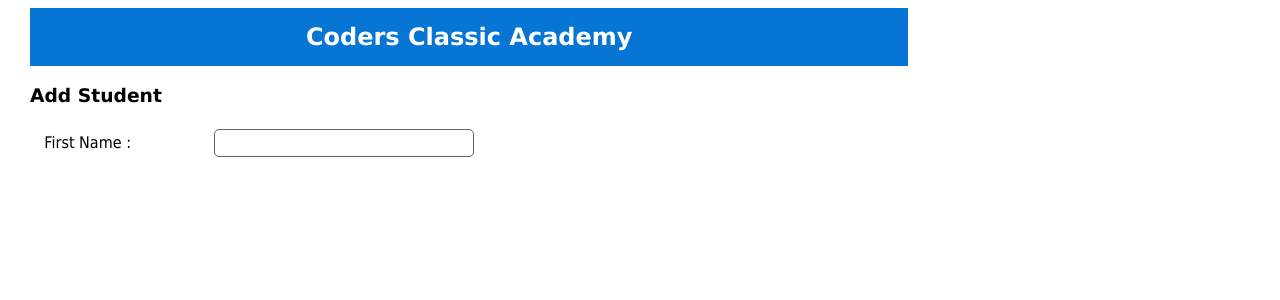
Repository: mangeshgayakwad2020/jsp_servlet
Page: http://localhost/StudentCrudDemo/add-student-form.jsp
These files come from the project's save history. The page is drawn as it stood at one moment and after the next save; the edit follows.
The browser window is 1280 px wide. The pictures show the whole page.
The page is served by Tomcat 9. Other server files are loaded and not shown.

Above is the page before, as saved 2019-08-22 14:11:38.

### StudentCrudDemo/WebContent/add-student-form.jsp
<!DOCTYPE html>
<html>

<head>
	<title>Add Student</title>

	<link type="text/css" rel="stylesheet" href="css/style.css" >
	<link type="text/css" rel="stylesheet" href="css/add-student-style.css" >
</head>

<body>

	<div id="wrapper">
		<div id="header">
			<h2 align="center">Coders Classic Academy</h2>
		</div>
	</div>

	<div id="container">
		<h3>Add Student</h3>

		<form action="StudentControllerServlet" method="get">
			<input type="hidden" name="command" value="ADD" />

			<table>
				<tbody>
					<tr>
						<td><label>First Name : </label></td>
						<td><input type="text" name="firstName" /></td>
					</tr>
				</tbody>
			</table>
		</form>
	</div>
</body>

</html>

### StudentCrudDemo/WebContent/css/style.css
html, body{
	margin-left:15px; margin-right:15px;
	padding:0px;
	font-family:Verdana, Arial, Helvetica, sans-serif;
}

table {
	border-collapse:collapse;
	border-bottom:1px solid gray;
	font-family: Tahoma,Verdana,Segoe,sans-serif;
	width:72%;
}

th {
	border-bottom:1px solid gray;
	background:none repeat scroll 0 0 #0775d3;
	padding:10px;
	color: #FFFFFF;
}

tr {
	border-top:1px solid gray;
	text-align:center;
}

tr:nth-child(even) {background: #FFFFFF}
tr:nth-child(odd) {background: #BBBBBB}

#wrapper {width: 100%; margin-top: 0px; }
#header {width: 72%; background: #0775d3; margin-top: 0px; padding:15px 0px 15px 0px;}
#header h2 {width: 100%; margin:auto; color: #FFFFFF;}
#container {width: 100%; margin:auto}
#container h3 {color: #000;}
#container #content {margin-top: 20px;}

.add-student-button {
	border: 1px solid #666;
	border-radius: 5px;
	padding: 4px;
	font-size: 12px;
	font-weight: bold;
	width: 120px;
	padding: 5px 10px;

	margin-bottom: 15px;
	background: #cccccc;
}

Loaded but not shown: StudentCrudDemo/WebContent/css/add-student-style.css (common file)

After the next save:
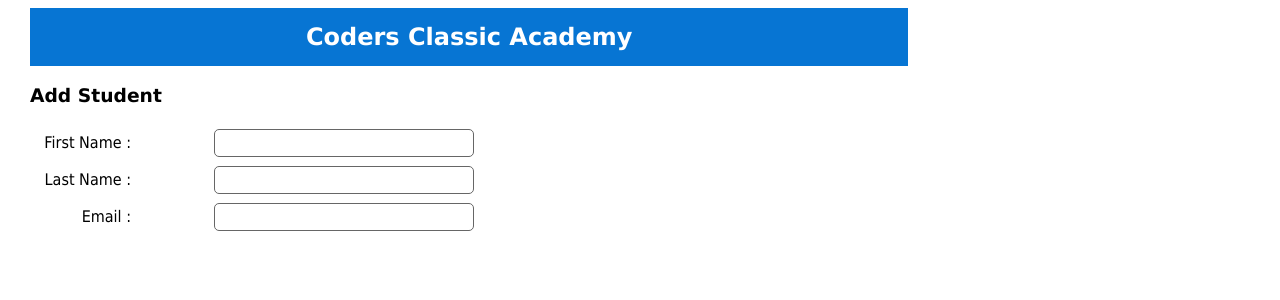
Saved 75 s later.
--- a/StudentCrudDemo/WebContent/add-student-form.jsp
+++ b/StudentCrudDemo/WebContent/add-student-form.jsp
@@ -28,6 +28,14 @@
 						<td><label>First Name : </label></td>
 						<td><input type="text" name="firstName" /></td>
 					</tr>
+					<tr>
+						<td><label>Last Name : </label></td>
+						<td><input type="text" name="lastName" /></td>
+					</tr>
+					<tr>
+						<td><label>Email : </label></td>
+						<td><input type="text" name="email" /></td>
+					</tr>
 				</tbody>
 			</table>
 		</form>
